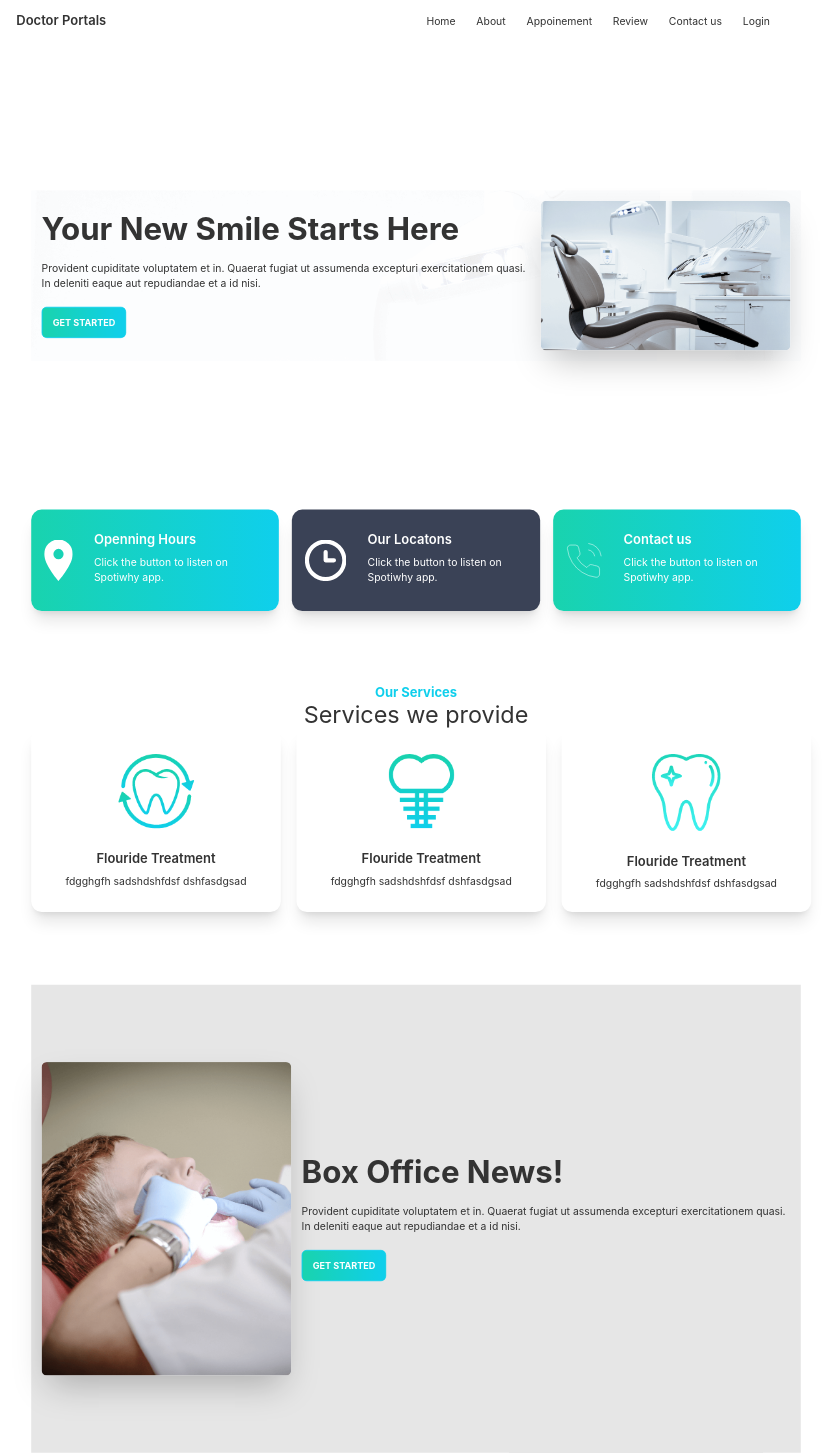
Repository: devsajid/doctors-portal-client
Page: /
An editor plug-in stored every save of this project. The page is shown before and after the next save, followed by the edit.
The browser window is 1280 px wide. The pictures show the whole page, at 65% of full size.
Backgrounds fixed to the window are drawn as part of the page. The project was rebuilt for these pictures with package versions that can differ from the ones it lists, and the page was loaded fresh each time. Also part of the build but not shown: src/App.css, src/Pages/About/About.js, src/Pages/Appoinment/Appoinment.js, src/Pages/Contact/Contact.js, src/Pages/Login/Login.js, src/Pages/Review/Review.js.

Above is the page before, as saved 2022-08-05 22:34:12.

After the next save:
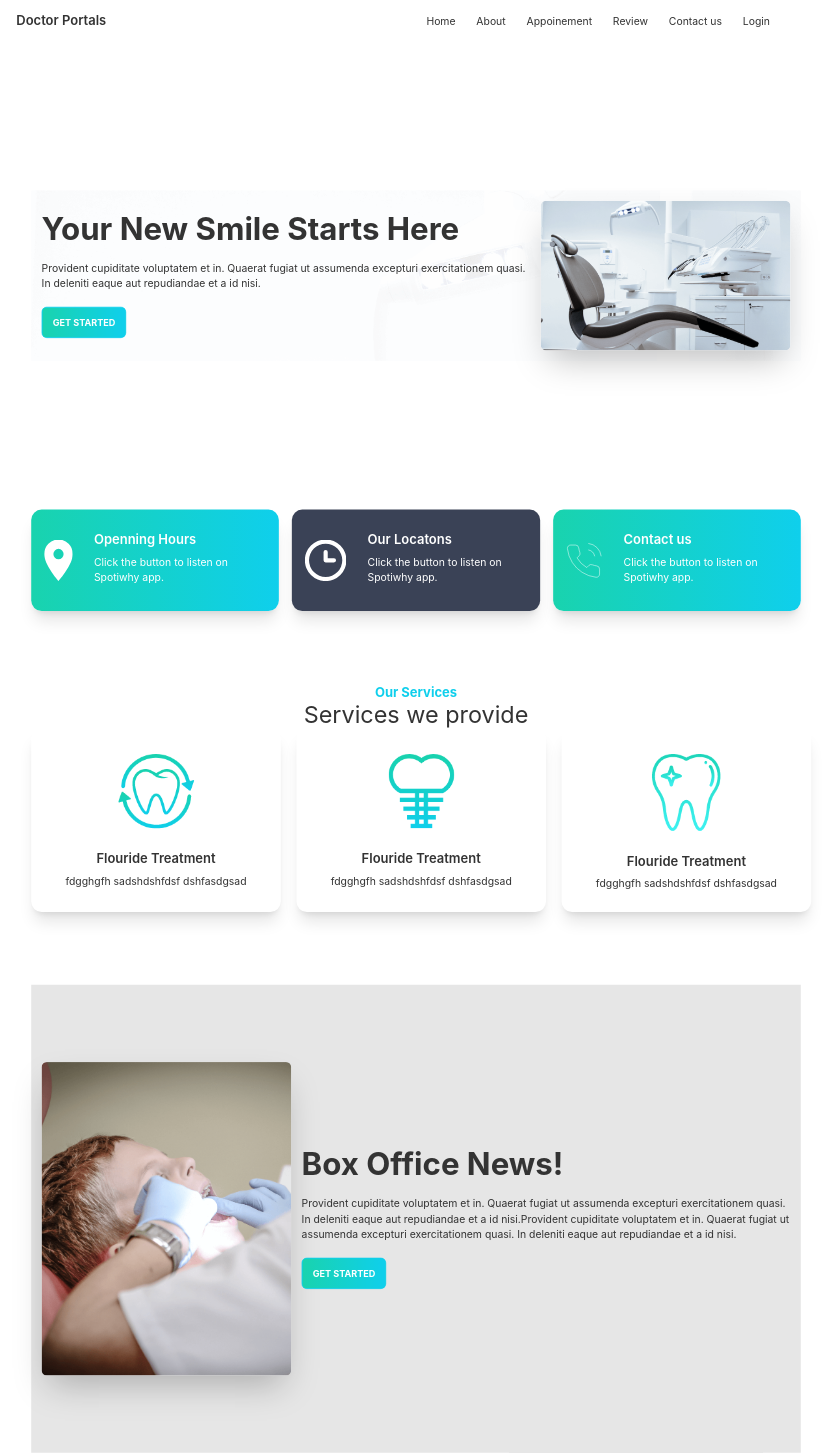
Saved 94 s later.
--- a/src/Pages/Terms/Terms.js
+++ b/src/Pages/Terms/Terms.js
@@ -15,7 +15,9 @@ const Terms = () => {
           <p class="py-6">
             Provident cupiditate voluptatem et in. Quaerat fugiat ut assumenda
             excepturi exercitationem quasi. In deleniti eaque aut repudiandae et
-            a id nisi.
+            a id nisi.Provident cupiditate voluptatem et in. Quaerat fugiat ut
+            assumenda excepturi exercitationem quasi. In deleniti eaque aut
+            repudiandae et a id nisi.
           </p>
           <PrimaryButton></PrimaryButton>
         </div>
